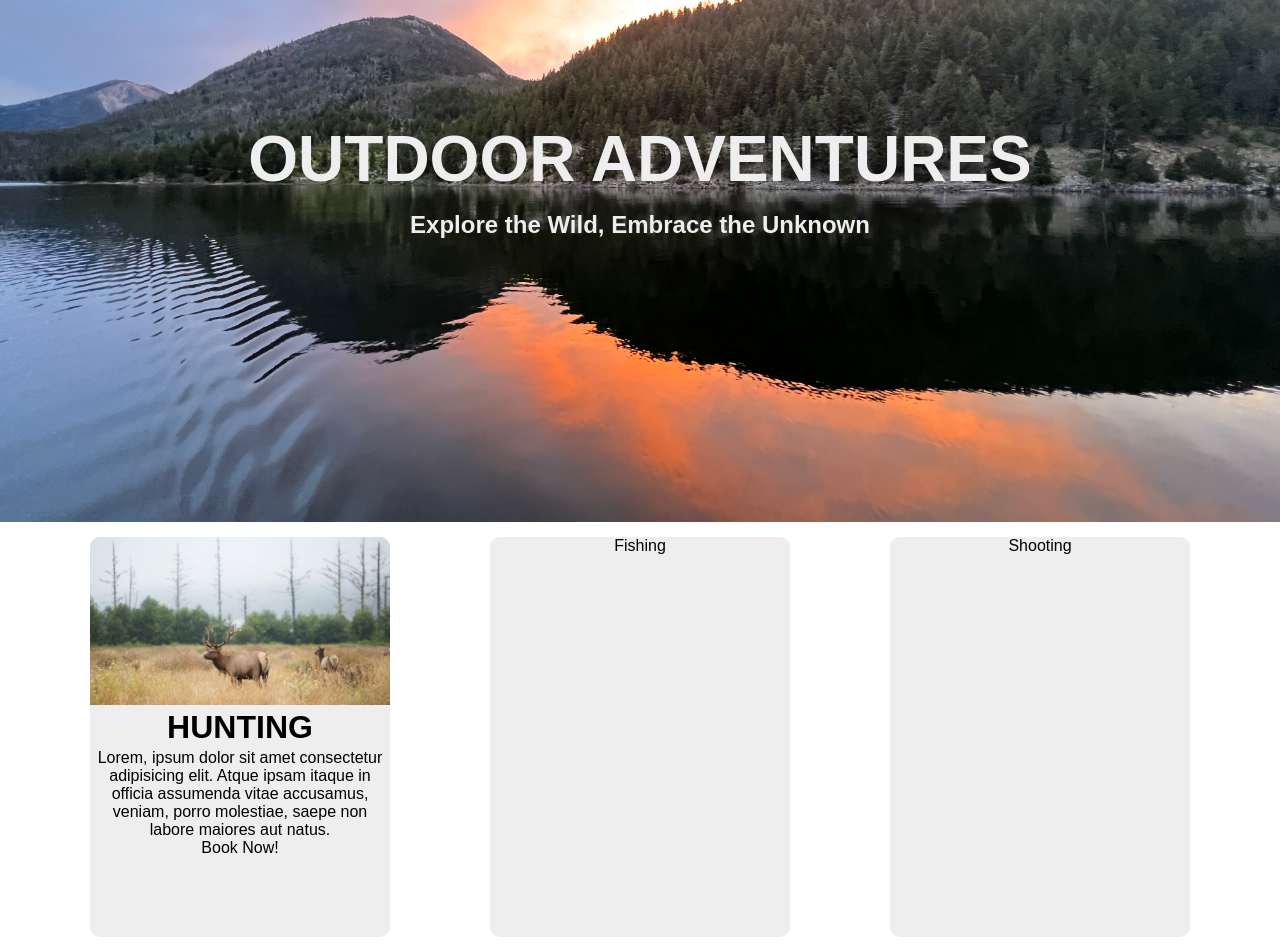
Repository: iforgotmylogin/WebDesignFinal
Page: index.html
The author's editor kept a copy of each file at every save. The page is drawn from the files as they stood at one save, then again after the next save.
The browser window is 1280 px wide. The pictures show the part of the page from y = 290 to 1242 px (the page is 1242 px tall).
A picture or video elsewhere on the page could not be fetched, so the positions and the page height are approximate.

Above is the page before, as saved 2024-04-07 18:30:18.

### index.html
<!DOCTYPE html>
<html lang="en">
<head>
    <link rel="stylesheet" href="css/global.css">
    <link rel="stylesheet" href="css/navbar.css">
    <link rel="stylesheet" href="css/dropdown.css">
    <link rel="stylesheet" href="https://cdn.jsdelivr.net/npm/aos@2.3.4/dist/aos.css">
    <link rel="stylesheet" href="css/homepage.css">
    <meta http-equiv="X-UA-Compatible" content ="IE=edge">
    <meta charset="UTF-8">
    <meta name="viewport" content="width=device-width, initial-scale=1.0">
    <title>Outdoor Adventures</title>
</head>
<body>
    <header>
        <a href="#"><img src="images/outdoor-adventure-logo-color.png" alt="Logo" class="logo"></a>
       <nav>
        <ul>
            <li>
                <a href="#">About</a>
            </li>
            <li class="dropdown">
                <a href="html/Booking.html">Booking</a>
                <div class="dropdown-content">
                    <a href="#">Hunting</a>
                    <a href="#">Fishing</a>
                    <a href="#">Shooting</a>
                    <a href="#">ATV Rental</a>
                </div>
            </li>
            <li>
                <a href="html/Reviews.html">Reviews</a>
            </li>
            <li>
                <a href="#">Careers</a>
            </li>
            <li>
                <a href="#">Contact</a>
            </li>
        </ul>
    </nav>



    </header>
    <main class="hero_image">
        <h1>Outdoor Adventures</h1>
        <h2>Explore the Wild, Embrace the Unknown</h2>
    </main>

    <div class="container">
        <a  href="#" data-aos="fade-up" class="box hunting">
            <img src="images/HuntingBackdrop.jpg" alt="Image of an Elk">
            <h1>Hunting</h1>
            <p>Lorem, ipsum dolor sit amet consectetur adipisicing elit. Atque ipsam itaque in officia assumenda vitae accusamus, veniam, porro molestiae, saepe non labore maiores aut natus.</p>
            <div class="home-booking-button">
                Book Now!
            </div>
        </a>

        <div data-aos="fade-up" class="box Fishing">Fishing</div>

        <div data-aos="fade-up" class="box Shooting">Shooting</div>
    </div>



    <!-- Use <div data-aos="fade-up"><div> for really cool animations that use this java script!! -->
    <script src="https://cdn.jsdelivr.net/npm/aos@2.3.4/dist/aos.js"></script>
    <script>
      AOS.init();
    </script>
</body>
</html>

### css/global.css
*{
    font-family: Arial, Helvetica, sans-serif;
}
.hero_image{
    position: absolute;
    z-index: 1;
    margin: 0 auto;
    justify-content: center;
    top: 0px;
    padding: 50px;
    height: 600px;
    position: relative;
    background-image: url("../images/IMG_0679.jpeg");
    background-size: cover;
    background-position: center;
}

.hero_image h1{
    font-size: 400%;
    color: #eee;
    text-transform: uppercase;
    text-align: center;
    margin: 250px 0 auto;
}

.hero_image h2{
    margin: 15px 0 auto;
    text-align: uppercase;
    text-align: center;
    color:#eee;
}

h1.global{
    text-align: center;
}

#usrReview_1{
    outline: 2px solid red; /*This is for "debugging" where the div is and how it's behaving*/

    padding: 30px;
}

#userPfp{
    float: left;
    max-width: 90%;
    width: 200px;
    margin-right: 10px; /* adds some spacing between the image and the text*/

}

### css/navbar.css
body{
    margin:0px;
}


header{
    display: flex;
    justify-content: space-between;
    background-color: #eee;
    border-bottom: 5px white;
    box-shadow: 0 0 5px rgba(0,0,0,.2);
}

header .logo{
    height: 100px;
    padding:4px;
}

header nav{
    display: flex;
    align-items: center;
}
header nav ul{
    margin: 0px;
    padding: 0px;
    text-align: right;
    display: flex;
    width: 100%;
    justify-content: end;
}
header nav ul li{
    list-style-type: none;
}

header nav ul li a{
  text-decoration: none;
  color: #666;
  font-weight: bold;
  font-size:15px;
  text-transform:uppercase;
  font-family:Helvetica, sans-serif;
  padding:49px 30px;
  transition: all .3s linear;
}
header nav ul li a:hover{
    background-color:teal;
    color:white;
}

header nav ul li a.active{
    background-color: burlywood;
}

### css/dropdown.css
.dropbtn {
    background-color: #eee;
    color: white;
    padding: 16px;
    font-size: 16px;
    border: none;
  }

  .dropdown {
    align-items: center;
    display: inline-block;
  }

  .dropdown-content {
    display: none;
    position:absolute;
    background-color: #eee;
    min-width: 136px;
    box-shadow: 0px 8px 16px 0px rgba(0,0,0,0.2);
    z-index: 1;
    top: 14%;
    z-index: 2; /* Makes the dropdown menu appear over the hero image */
  }

  /* Links inside the dropdown */
  .dropdown-content a {
    color: black;
    padding: 12px 16px;
    text-decoration: none;
    text-align: center;
    display: block;
  }

  .dropdown-content a:hover {background-color: teal;}

  .dropdown:hover .dropdown-content {display: block;}

  .dropdown:hover .dropbtn {background-color: teal;}

### css/homepage.css
*{
    margin:0;
    padding:0;
}
.container{
    position:relative;
    width: 100%;
    height: auto;
    display: flex;
    flex-direction: row;
    justify-content: center;
}
.box{
    position: relative;
    width: 300px;
    height: 400px;
    background:#eee;
    text-align: center;
    margin: 15px;
    box-sizing: border-box;
    overflow: hidden;
    margin-left: 50px;
    margin-right: 50px;
    border-radius: 10px;
}
.container a{
    text-decoration: none;
    color:black;
}
.hunting img{
    width: 100%;
}
.hunting h1{
    padding-bottom: 3px;
    text-transform: uppercase;
}
.home-booking-button{
    bottom:0%;
}

After the next save:
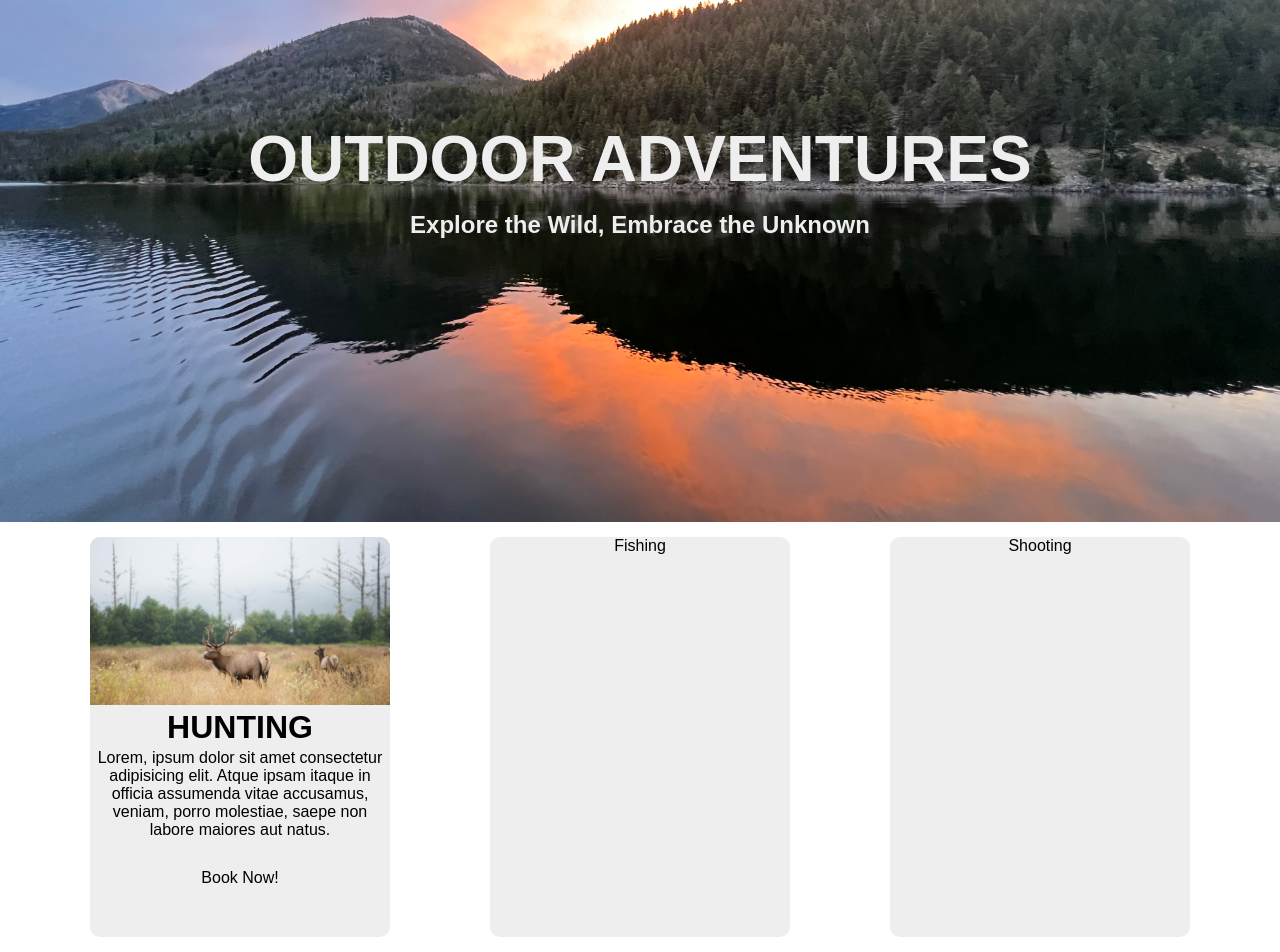
Saved 16 s later.
--- a/css/homepage.css
+++ b/css/homepage.css
@@ -35,5 +35,5 @@
     text-transform: uppercase;
 }
 .home-booking-button{
-    bottom:0%;
+    padding-top: 30px;
 }
